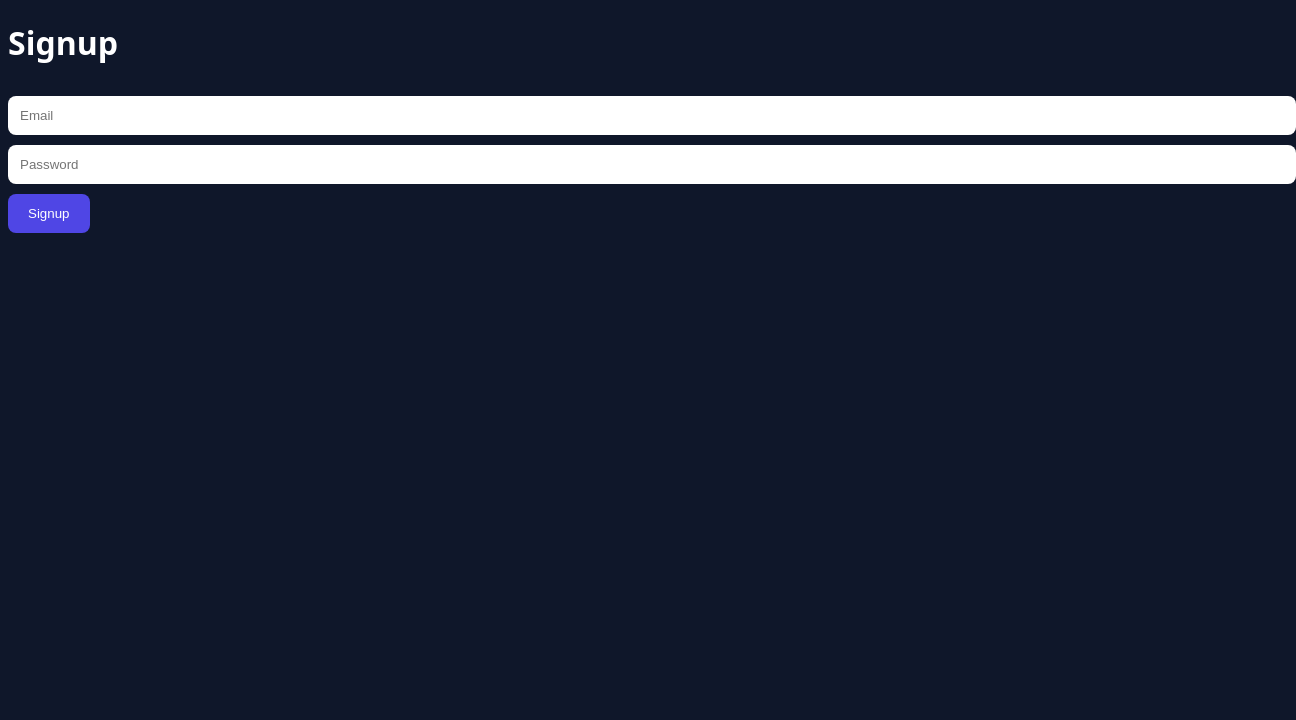
Repository: kundanchouhan12/DevX-Ai-Powered-Devops-Assistant-GenAi-LLM
Page: /signup (app in frontend/)
The author's editor kept a copy of each file at every save. The page is drawn from the files as they stood at one save, then again after the next save.
The browser window is 1280 px wide. The page is 1296 px wide, then 1280 px, so the pictures cover 1296 px, including what lies to the right of the window. The pictures show the whole page.
The page's requests for data from a server got no answer. The project was rebuilt for these pictures with package versions that can differ from the ones it lists, and the page was loaded fresh each time. No one was signed in, and anything a server would have sent is missing. Also part of the build but not shown: frontend/vite.config.js, frontend/src/pages/Home.jsx, frontend/src/pages/Dashboard.jsx, frontend/src/pages/Login.jsx, frontend/src/components/PrivateRoute.jsx.

Above is the page before, as saved 2026-01-31 13:57:16.

### frontend/index.html
<!doctype html>
<html lang="en">
  <head>
    <meta charset="UTF-8" />
    <link rel="icon" type="image/svg+xml" href="/vite.svg" />
    <meta name="viewport" content="width=device-width, initial-scale=1.0" />
    <title>frontend-ai-devops-assistan</title>
  </head>
  <body>
    <div id="root"></div>
    <script type="module" src="/src/main.jsx"></script>
  </body>
</html>

### frontend/src/index.css
body {
  font-family: system-ui, sans-serif;
  background: #0f172a;
  color: white;
}

.container {
  max-width: 900px;
  margin: auto;
  padding: 40px;
}

.card {
  background: #020617;
  padding: 20px;
  border-radius: 12px;
  margin-top: 20px;
}

input {
  width: 100%;
  padding: 12px;
  margin-top: 10px;
  border-radius: 8px;
  border: none;
}

button {
  margin-top: 10px;
  padding: 12px 20px;
  border-radius: 8px;
  border: none;
  background: #4f46e5;
  color: white;
  cursor: pointer;
}

.status {
  margin-top: 15px;
  font-size: 18px;
}

### frontend/src/App.jsx
import { BrowserRouter, Routes, Route } from "react-router-dom";
import Home from "./pages/Home";
import Dashboard from "./pages/Dashboard";
import Login from "./pages/Login";
import Signup from "./pages/Signup";
import PrivateRoute from "./components/PrivateRoute";

export default function App() {
  return (
    <BrowserRouter>
      <Routes>
        {/* Public routes */}
        <Route path="/login" element={<Login />} />
        <Route path="/signup" element={<Signup />} />

        {/* Protected routes */}
        <Route
          path="/"
          element={
            <PrivateRoute>
              <Home />
            </PrivateRoute>
          }
        />

        <Route
          path="/dashboard"
          element={
            <PrivateRoute>
              <Dashboard />
            </PrivateRoute>
          }
        />
        <Route
          path="/dashboard/:jobId"
          element={
            <PrivateRoute>
              <Dashboard />
            </PrivateRoute>
          }
        />
      </Routes>
    </BrowserRouter>
  );
}

### frontend/src/pages/Signup.jsx
import { useState } from "react";
import { useNavigate } from "react-router-dom";
import { signup } from "../services/api"; // for signup

export default function Signup() {
  const [email, setEmail] = useState("");
  const [password, setPassword] = useState("");
  const navigate = useNavigate();

  const handleSignup = async () => {
    try {
      const res = await signup(email, password);
      localStorage.setItem("token", res.data.token);
      navigate("/"); // redirect after signup
    } catch (err) {
      console.error(err);
      alert(err.response?.data.error || "Signup failed");
    }
  };

  return (
    <div>
      <h1>Signup</h1>
      <input placeholder="Email" value={email} onChange={e => setEmail(e.target.value)} />
      <input type="password" placeholder="Password" value={password} onChange={e => setPassword(e.target.value)} />
      <button onClick={handleSignup}>Signup</button>
    </div>
  );
}

### frontend/src/services/api.js
import axios from "axios";

const getBaseURL = () => {
  if (import.meta.env.VITE_API_BASE_URL) {
    return import.meta.env.VITE_API_BASE_URL;
  } else if (window.location.hostname === "localhost") {
    return "http://127.0.0.1:5000/api";
  } else {
    return "/api"; // production relative path
  }
};

const api = axios.create({
  baseURL: getBaseURL(),
});

// JWT interceptor
api.interceptors.request.use((config) => {
  const token = localStorage.getItem("token");
  if (token) config.headers.Authorization = `Bearer ${token}`;
  return config;
});

// ===== Auth functions =====
export const signup = (email, password) => api.post("/auth/signup", { email, password });
export const login = (email, password) => api.post("/auth/login", { email, password });

// Export default axios instance for other requests
export default api;

Loaded but not shown: frontend/src/main.jsx (common file)

After the next save:
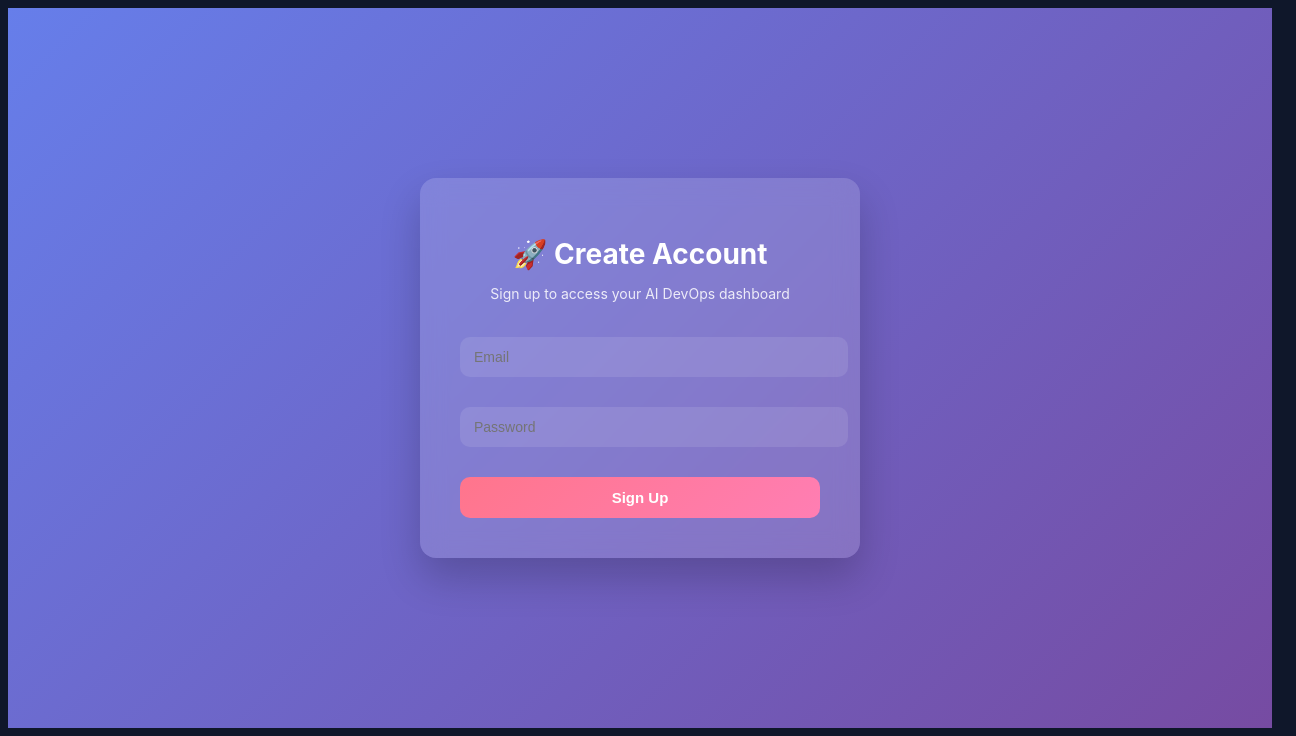
Saved 37 s later.
--- a/frontend/src/pages/Signup.jsx
+++ b/frontend/src/pages/Signup.jsx
@@ -1,6 +1,6 @@
 import { useState } from "react";
 import { useNavigate } from "react-router-dom";
-import { signup } from "../services/api"; // for signup
+import { signup } from "../services/api";
 
 export default function Signup() {
   const [email, setEmail] = useState("");
@@ -19,11 +19,90 @@ export default function Signup() {
   };
 
   return (
-    <div>
-      <h1>Signup</h1>
-      <input placeholder="Email" value={email} onChange={e => setEmail(e.target.value)} />
-      <input type="password" placeholder="Password" value={password} onChange={e => setPassword(e.target.value)} />
-      <button onClick={handleSignup}>Signup</button>
+    <div style={pageStyle}>
+      <div style={cardStyle}>
+        <h1 style={titleStyle}>🚀 Create Account</h1>
+        <p style={subtitleStyle}>Sign up to access your AI DevOps dashboard</p>
+
+        <input
+          type="email"
+          placeholder="Email"
+          value={email}
+          onChange={(e) => setEmail(e.target.value)}
+          style={inputStyle}
+        />
+        <input
+          type="password"
+          placeholder="Password"
+          value={password}
+          onChange={(e) => setPassword(e.target.value)}
+          style={inputStyle}
+        />
+
+        <button style={buttonStyle} onClick={handleSignup}>
+          Sign Up
+        </button>
+      </div>
     </div>
   );
 }
+
+/* Styles */
+const pageStyle = {
+  height: "100vh",
+  display: "flex",
+  justifyContent: "center",
+  alignItems: "center",
+  background: "linear-gradient(135deg, #667eea, #764ba2)",
+  fontFamily: "Inter, sans-serif",
+};
+
+const cardStyle = {
+  background: "rgba(255, 255, 255, 0.15)",
+  backdropFilter: "blur(12px)",
+  padding: "40px",
+  borderRadius: "16px",
+  width: "360px",
+  boxShadow: "0 20px 40px rgba(0,0,0,0.2)",
+  textAlign: "center",
+  color: "#fff",
+};
+
+const titleStyle = {
+  fontSize: "28px",
+  fontWeight: "700",
+  marginBottom: "8px",
+};
+
+const subtitleStyle = {
+  fontSize: "14px",
+  opacity: 0.85,
+  marginBottom: "25px",
+};
+
+const inputStyle = {
+  width: "100%",
+  padding: "12px 14px",
+  borderRadius: "10px",
+  border: "none",
+  outline: "none",
+  fontSize: "14px",
+  marginBottom: "20px",
+  backgroundColor: "rgba(255,255,255,0.1)",
+  color: "#fff",
+  transition: "0.3s",
+};
+
+const buttonStyle = {
+  width: "100%",
+  padding: "12px",
+  borderRadius: "10px",
+  border: "none",
+  cursor: "pointer",
+  fontWeight: "600",
+  fontSize: "15px",
+  color: "#fff",
+  background: "linear-gradient(135deg, #ff758c, #ff7eb3)",
+  transition: "transform 0.2s ease, box-shadow 0.2s ease",
+  marginTop: "10px",
+};
